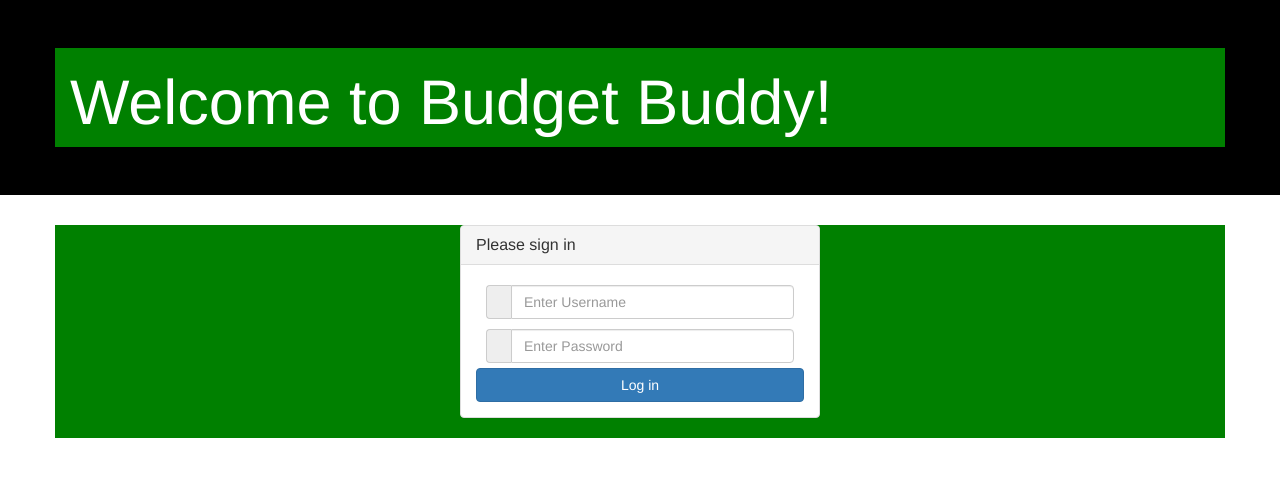
Repository: jdfost1/BudgetBuddy
Page: http://localhost/budgetbuddy/login
An editor plug-in stored every save of this project. The page is shown before and after the next save, followed by the edit.
The browser window is 1280 px wide. The pictures show the whole page.
Some web libraries are served in a nearby version. The page is served by Tomcat 9. Other server files are loaded and not shown.

Above is the page before, as saved 2018-10-09 06:39:06.

### budgetbuddy/src/main/webapp/WEB-INF/jsp/login.jsp
<%@ taglib prefix="c" uri="http://java.sun.com/jsp/jstl/core"%>
<%@ taglib prefix="form" uri="http://www.springframework.org/tags/form"%>
<%@ taglib prefix="spring" uri="http://www.springframework.org/tags"%>
<!DOCTYPE html>
<html>
<style type="text/css">
#section{
background-color:black;
}
#jumbo{
background-color:black;}
.jumbotron{
background-color:green;
}
.container{
background-color:green;
color:white;
}
body{
background-color:green;
}
head{
background-color:green;
color:white;
}
</style>
<head>
<meta http-equiv="Content-Type" content="text/html; charset=ISO-8859-1">
<link rel="stylesheet"
   href="//netdna.bootstrapcdn.com/bootstrap/3.0.0/css/bootstrap.min.css">
<title>Budget Buddy Login</title>
</head>
<body>
   <section>
      <div id="jumbo"class="jumbotron">
         <div class="container">
            <h1>Welcome to Budget Buddy!</h1>

         </div>
      </div>
   </section>
   <div class="container">
      <div class="row">
         <div class="col-md-4 col-md-offset-4">
            <div class="panel panel-default">
               <div class="panel-heading">
                  <h3 class="panel-title">Please sign in</h3>
               </div>
               <div class="panel-body">
<c:url var="loginUrl" value="/login" />
                  <form action="${loginUrl}" method="post" class="form-horizontal">

                     <c:if test="${param.error != null}">
                        <div class="alert alert-danger">
                           <p>Invalid username and password.</p>
                        </div>
                     </c:if>

                     <c:if test="${param.logout != null}">
                        <div class="alert alert-success">
                           <p>You have been logged out successfully.</p>
                        </div>
                     </c:if>

                     <c:if test="${param.accessDenied != null}">
                        <div class="alert alert-danger">
                           <p>Access Denied: You are not authorised! </p>
                        </div>
                     </c:if>

                     <div class="input-group input-sm">
                        <label class="input-group-addon" for="username"><i
                           class="fa fa-user"></i></label> <input type="text" class="form-control"
                           id="userId" name="userId" placeholder="Enter Username"
                           required>
                     </div>
                     <div class="input-group input-sm">
                        <label class="input-group-addon" for="password"><i
                           class="fa fa-lock"></i></label> <input type="password"
                           class="form-control" id="password" name="password"
                           placeholder="Enter Password" required>
                     </div>

                     <div class="form-actions">
                        <input type="submit"
                           class="btn btn-block btn-primary btn-default" value="Log in">
                     </div>
                  </form>
               </div>
            </div>
         </div>
      </div>
   </div>
</body>

After the next save:
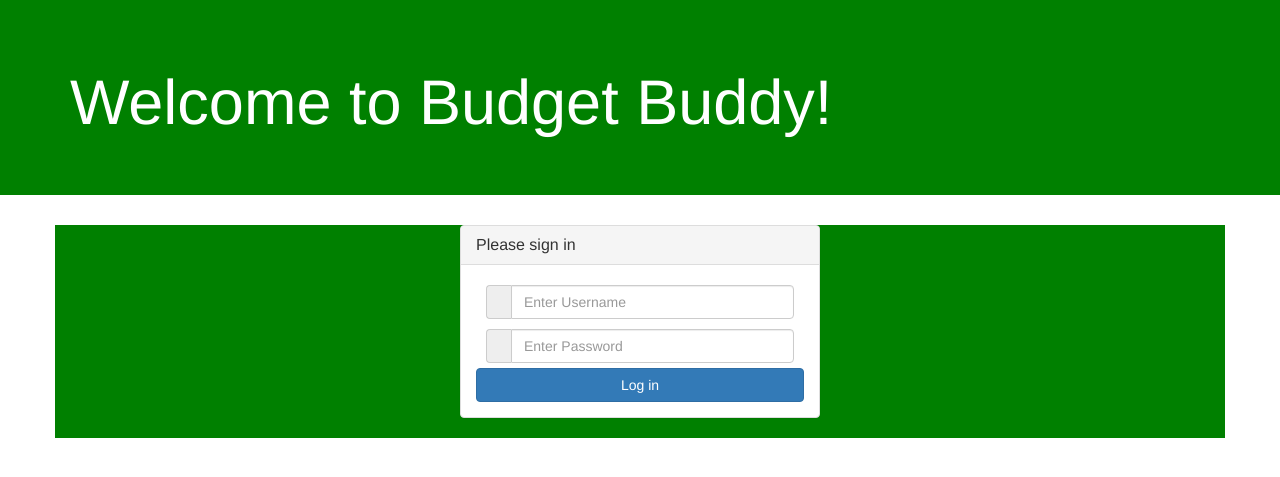
Saved 11 s later.
--- a/budgetbuddy/src/main/webapp/WEB-INF/jsp/login.jsp
+++ b/budgetbuddy/src/main/webapp/WEB-INF/jsp/login.jsp
@@ -8,7 +8,7 @@
 background-color:black;
 }
 #jumbo{
-background-color:black;}
+background-color:green;}
 .jumbotron{
 background-color:green;
 }
